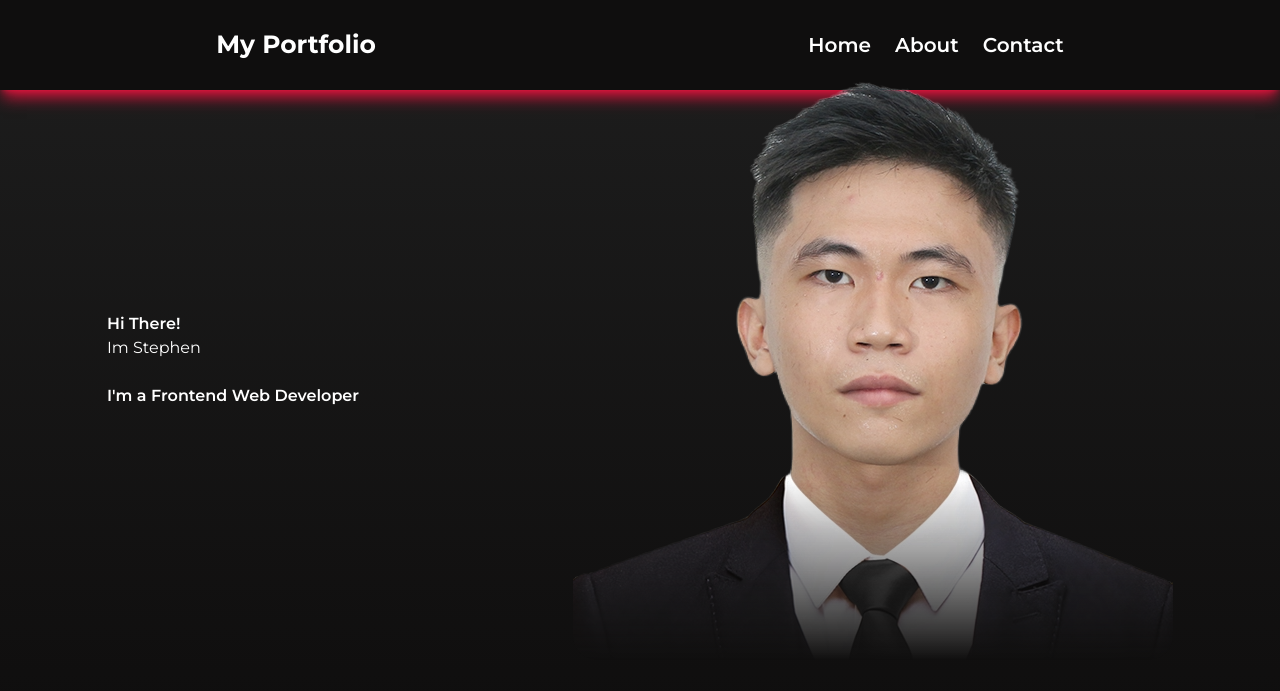
Repository: KaguyaKawaii/portfolio
Page: / (app in frontend/)
These files come from the project's save history. The page is drawn as it stood at one moment and after the next save; the edit follows.
The browser window is 1280 px wide. The pictures show the whole page.
The project was rebuilt for these pictures with package versions that can differ from the ones it lists, and the page was loaded fresh each time. Also part of the build but not shown: frontend/vite.config.js.

Above is the page before, as saved 2025-10-28 00:00:05.

### frontend/src/index.css
/* ✅ 1️⃣ Google Fonts first */
@import url('https://fonts.googleapis.com/css2?family=Montserrat:wght@400;500;600;700&display=swap');

/* ✅ 2️⃣ Then Tailwind (only once) */
@import "tailwindcss";

/* ✅ 3️⃣ Optional: your own CSS rules */
body {
  font-family: 'Montserrat', sans-serif;
}

### frontend/src/App.jsx
import { useState } from 'react'
import pic from './assets/image.png'

function App() {

  return (
    <>
      <header className='bg-[#0F0E0E] h-[90px] w-full absolute shadow-lg shadow-[#dc143c]'>
        <div className='flex justify-around items-center h-full text-white'>
          <h1 className='font-bold font-montserrat text-[25px]'>My Portfolio</h1>

          <div className='flex font-montserrat gap-6 font-semibold text-[20px]'>
            <p>Home</p>
            <p>About</p>
            <p>Contact</p>
          </div>
        </div>
      </header>

      <body className='bg-linear-180 from-[#1E1E1E] to-[#0F0E0E] h-screen text-white'>
        <div className='flex justify-around items-center h-screen'>
          <div>
            <h1 className='font-semibold'>Hi There!</h1>
            <p>Im Stephen</p>

            <div className='mt-6'>
              <p className='font-semibold'>I'm a Frontend Web Developer</p>
            </div>
          </div>

          <div>
            <img
    src={pic}
    alt="profile"
    className="w-full h-full object-cover rounded-3xl"
    style={{
      maskImage: "linear-gradient(to bottom, black 70%, transparent 100%)",
      WebkitMaskImage: "linear-gradient(to bottom, black 70%, transparent 100%)",
    }}
  />

          </div>
        </div>
      </body>
    </>
  )
}

export default App

Loaded but not shown: frontend/index.html (common file); frontend/src/main.jsx (common file)

After the next save:
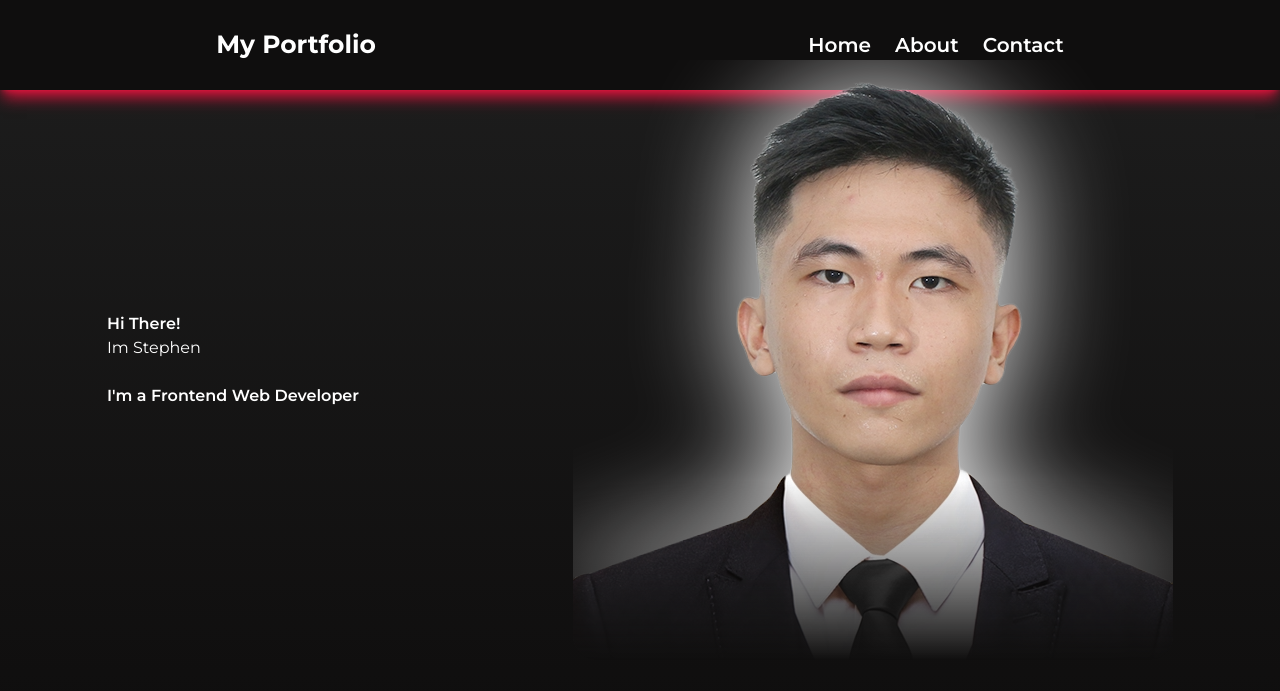
Saved 35 s later.
--- a/frontend/src/App.jsx
+++ b/frontend/src/App.jsx
@@ -32,7 +32,7 @@
             <img
     src={pic}
     alt="profile"
-    className="w-full h-full object-cover rounded-3xl"
+    className="w-full h-full object-cover rounded-3xl drop-shadow-[0_0_55px_#ffffff]"
     style={{
       maskImage: "linear-gradient(to bottom, black 70%, transparent 100%)",
       WebkitMaskImage: "linear-gradient(to bottom, black 70%, transparent 100%)",

After the save that followed:
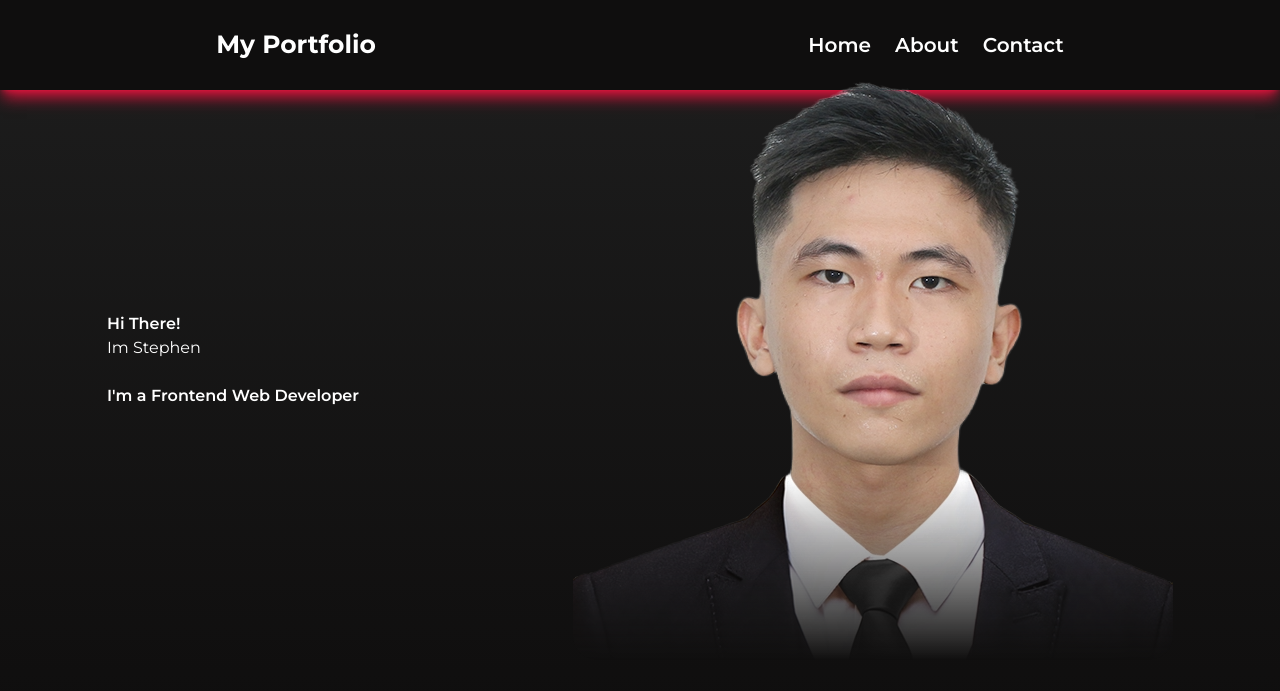
Saved 12 s later.
--- a/frontend/src/App.jsx
+++ b/frontend/src/App.jsx
@@ -32,7 +32,7 @@
             <img
     src={pic}
     alt="profile"
-    className="w-full h-full object-cover rounded-3xl drop-shadow-[0_0_55px_#ffffff]"
+    className="w-full h-full object-cover rounded-3xl"
     style={{
       maskImage: "linear-gradient(to bottom, black 70%, transparent 100%)",
       WebkitMaskImage: "linear-gradient(to bottom, black 70%, transparent 100%)",
